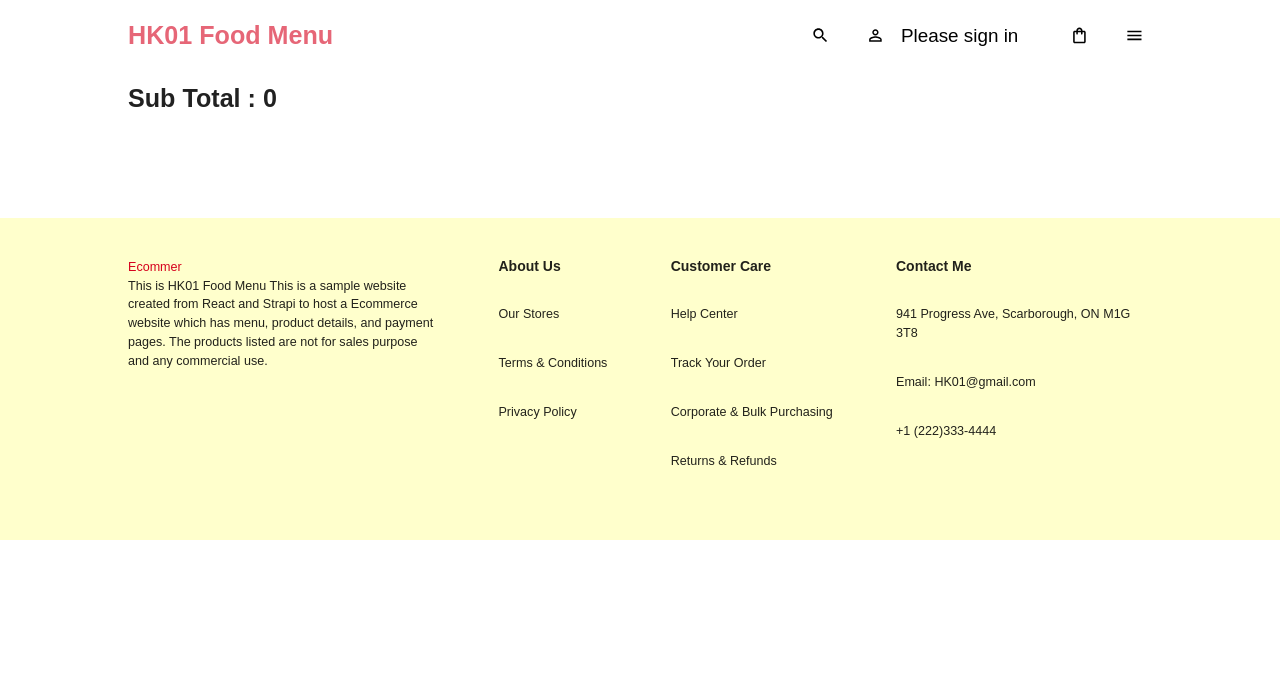
Repository: victorleung93/comp231-002-Team-1-_HK01_FoodMenu
Page: /order (app in client/)
An editor plug-in stored every save of this project. The page is shown before and after the next save, followed by the edit.
The browser window is 1280 px wide. The pictures show the whole page.
Some web fonts or font styles are not loaded; a fallback is used. The project was rebuilt for these pictures with package versions that can differ from the ones it lists, and the page was loaded fresh each time. Also part of the build but not shown: client/src/scenes/home/MainCarousel.jsx, client/src/components/itemList.jsx, client/src/scenes/home/ShoppingList.jsx, client/src/scenes/home/Subscribe.jsx, client/src/scenes/home/Home.jsx, client/src/scenes/about/About.jsx, client/src/scenes/menu/Menu.jsx, client/src/scenes/itemdetail/ItemDetails.jsx and 2 more.

Above is the page before, as saved 2023-04-08 01:48:52.

### client/public/index.html
<!DOCTYPE html>
<html lang="en">
  <head>
    <meta charset="utf-8" />
    <link rel="icon" href="%PUBLIC_URL%/favicon.ico" />
    <meta name="viewport" content="width=device-width, initial-scale=1" />
    <meta name="theme-color" content="#000000" />
    <meta
      name="description"
      content="Web site created using create-react-app"
    />
    <link rel="apple-touch-icon" href="%PUBLIC_URL%/logo192.png" />
    <!--
      manifest.json provides metadata used when your web app is installed on a
      user's mobile device or desktop. See https://developers.google.com/web/fundamentals/web-app-manifest/
    -->
    <link rel="manifest" href="%PUBLIC_URL%/manifest.json" />
    <!--
      Notice the use of %PUBLIC_URL% in the tags above.
      It will be replaced with the URL of the `public` folder during the build.
      Only files inside the `public` folder can be referenced from the HTML.

      Unlike "/favicon.ico" or "favicon.ico", "%PUBLIC_URL%/favicon.ico" will
      work correctly both with client-side routing and a non-root public URL.
      Learn how to configure a non-root public URL by running `npm run build`.
    -->
    <title>HK01</title>
  </head>
  <body>
    <noscript>You need to enable JavaScript to run this app.</noscript>
    <div id="root"></div>
    <!--
      This HTML file is a template.
      If you open it directly in the browser, you will see an empty page.

      You can add webfonts, meta tags, or analytics to this file.
      The build step will place the bundled scripts into the <body> tag.

      To begin the development, run `npm start` or `yarn start`.
      To create a production bundle, use `npm run build` or `yarn build`.
    -->
  </body>
</html>

### client/src/index.css
@import url('https://fonts.googleapis.com/css2?family=Fauna+One&display=swap');

*{
  box-sizing: border-box;
}

body {
  margin: 0;
  padding:0;
}

.App{
  margin: auto;
}
img{
  object-fit: cover  ;
  border-radius: 10px;
  position:static;
}

### client/src/scenes/global/Navbar.jsx

import { useDispatch, useSelector } from 'react-redux';
import { Badge, Box, IconButton} from '@mui/material';
import { PersonOutline, ShoppingBagOutlined, MenuOutlined, SearchOutlined } from '@mui/icons-material';
import { useNavigate,Link } from 'react-router-dom';
import { shades } from "../../theme";
import { setIsCartOpen } from '../../state';

/* Trial 1   */
import React, { useState } from 'react';
import * as FaIcons from 'react-icons/fa';
import * as AiIcons from 'react-icons/ai';

import { SidebarData } from './SidebarData';
import './Navbar.css';
import { IconContext } from 'react-icons';




const Navbar = () =>{
    const [sidebar, setSidebar] = useState(false);
    const [loggedIn, setLoggedIn] = useState(false);
    const showSidebar = () => setSidebar(!sidebar);

    const Navigate = useNavigate();
    const dispatch = useDispatch();
    const cart = useSelector((state) => state.cart.cart)


    function handleLogin() {
        setLoggedIn(true);
      }

      function handleLogout() {
        setLoggedIn(false);
      }

    return (

        <div className='Navbar'>
    <Box display="flex" alignItems="center" width="100%" height="70px" backgroundColor="rgba(255,255,255,0.9)" color="black" position="fixed" top="0" left="0" zIndex="1" margin="0 0 10px 0" >
        <Box width="80%" margin="auto" display="flex" justifyContent="space-between" alignItems="center">
            <Box
            onClick={() => Navigate("/")}
            sx={{'&:hover':{ cursor:"pointer"}}}
            color={shades.secondary[300]}>
                <h1>HK01 Food Menu</h1>
            </Box>
            <Box display="flex" justifyContent="space-between" columnGap="20px"zIndex={2}>
                <IconButton sx={{ color: "black", '&:hover':{ backgroundColor:"orange"}}} >
                    <SearchOutlined/>
                </IconButton>
                        <IconButton sx={{ color: "black", '&:hover': { backgroundColor: "orange" } }} onClick ={()=> Navigate(`/itemform/`) }>
                            <PersonOutline /> {loggedIn ? (
                                <span>Welcome, customer!</span>
                            ) : (
                                <span>Please sign in</span>
                            )}
                        </IconButton>
                <Badge badgeContent = {cart.length} color="secondary" invisible={cart.length ===0 } sx={{ "& .MuiBadge-badeg":{
                    right:5, top:5, padding: "0 4px", height:"14px", minWidth:"13px"
                }}}>
                    <IconButton sx={{ color: "black" , '&:hover':{ backgroundColor:"orange"}}} onClick ={()=> dispatch(setIsCartOpen({}))}>
                        <ShoppingBagOutlined/>
                    </IconButton>
                </Badge>
                <IconButton sx={{ color: "black", '&:hover':{ backgroundColor:"orange"}}} onClick={showSidebar}>
                    <MenuOutlined />
                    <nav className={sidebar ? 'nav-menu active' : 'nav-menu'}>
                        <ul className='nav-menu-items' onClick={showSidebar}>
                            <li className='navbar-toggle'>
                            <Link to='#' className='menu-bars'>
                                <AiIcons.AiOutlineClose />
                            </Link>
                            </li>
                            {SidebarData.map((item, index) => {
                            return (
                                <li key={index} className={item.cName}>
                                <Link to={item.path}>
                                    {item.icon}
                                    <span>{item.title}</span>
                                </Link>
                                </li>
                            );
                            })}
                        </ul>
                    </nav>
                </IconButton>

            </Box>
        </Box>
    </Box>
    </div>
    )
}

export default Navbar;

### client/src/scenes/order/order.jsx

import { useSelector } from "react-redux";
import { Box, Button, Stepper, Step, StepLabel } from "@mui/material";
import { Formik } from "formik";
import { useState } from "react";
import * as yup from "yup";
import { shades } from "../../theme";




const Order = () => {
  const [activeStep, setActiveStep] = useState(0);
  const cart = useSelector((state) => state.cart.cart);
  const isFirstStep = activeStep === 0;
  const isSecondStep = activeStep === 1;
  var [price, setPrice] = useState(0);
  var [taxPrice, setTaxPrice] = useState(0);
  var [totalPrice, settTotalPrice] = useState(0);
//   const handleFormSubmit = async (values, actions) => {
//     setActiveStep(activeStep + 1);

//     // this copies the billing address onto shipping address
//     if (isFirstStep && values.shippingAddress.isSameAddress) {
//       actions.setFieldValue("shippingAddress", {
//         ...values.billingAddress,
//         isSameAddress: true,
//       });
//     }

//     if (isSecondStep) {
//       makePayment(values);
//     }

//     actions.setTouched({});
//   };

//   async function makePayment(values) {
//     //const stripe = await stripePromise;
//     const requestBody = {
//       userName: [values.firstName, values.lastName].join(" "),
//       email: values.email,
//       products: cart.map(({ id, count }) => ({
//         id,
//         count,
//       })),
//     };

//     const response = await fetch("http://localhost:3000/api/orders", {
//       method: "POST",
//       headers: { "Content-Type": "application/json" },
//       body: JSON.stringify(requestBody),
//     });
//     const session = await response.json();
//     //await stripe.redirectToCheckout({sessionId: session.id,});
//   }

const  add =(a)=>{
  price=price+a;
  taxPrice=price*0.13;
  totalPrice=price+taxPrice;
  console.log(price);
}

const [display, setDisplay] = useState(null);

console.log(cart);
  return (
    <div className="App"  style={{width:"80%", margin:"80px auto"}}>

   {cart.map((el) => {
         add(el.price*el.count)
          return (
            <tr key={el._id}>
                   <td><img src={el.image} alt="" /></td>
                 <td>{el.name}</td>
            <td>{el.count}</td>
            <td>{el.price} CAD</td>
            <td>{el.count*el.price}</td>


            </tr>
          );


        })}
        <h1>Sub Total : {price}</h1>
    </div>
    // <Box width="80%" m="100px auto">  <h1>Hi</h1></Box>

    )


//     <Box width="80%" m="100px auto">
//       <Stepper activeStep={activeStep} sx={{ m: "20px 0" }}>
//         <Step>
//           <StepLabel>Billing</StepLabel>
//         </Step>
//         <Step>
//           <StepLabel>Payment</StepLabel>
//         </Step>
//       </Stepper>
//       <Box>
//         <Formik
//           onSubmit={handleFormSubmit}
//           initialValues={initialValues}
//           validationSchema={checkoutSchema[activeStep]}
//         >
//           {({
//             values,
//             errors,
//             touched,
//             handleBlur,
//             handleChange,
//             handleSubmit,
//             setFieldValue,
//           }) => (
//             <form onSubmit={handleSubmit}>
//               {isFirstStep && (
//                 /*<Shipping
//                   values={values}
//                   errors={errors}
//                   touched={touched}
//                   handleBlur={handleBlur}
//                   handleChange={handleChange}
//                   setFieldValue={setFieldValue}
//                 />*/
//                 <>d</>
//               )}
//               {isSecondStep && (
//                 <>i</>
//                 /*<Payment
//                   values={values}
//                   errors={errors}
//                   touched={touched}
//                   handleBlur={handleBlur}
//                   handleChange={handleChange}
//                   setFieldValue={setFieldValue}
//                 />*/
//               )}
//               <Box display="flex" justifyContent="space-between" gap="50px">
//                 {!isFirstStep && (
//                   <Button
//                     fullWidth
//                     color="primary"
//                     variant="contained"
//                     sx={{
//                       backgroundColor: shades.primary[200],
//                       boxShadow: "none",
//                       color: "white",
//                       borderRadius: 0,
//                       padding: "15px 40px",
//                     }}
//                     onClick={() => setActiveStep(activeStep - 1)}
//                   >
//                     Back
//                   </Button>
//                 )}
//                 <Button
//                   fullWidth
//                   type="submit"
//                   color="primary"
//                   variant="contained"
//                   sx={{
//                     backgroundColor: shades.primary[400],
//                     boxShadow: "none",
//                     color: "white",
//                     borderRadius: 0,
//                     padding: "15px 40px",
//                   }}
//                 >
//                   {!isSecondStep ? "Next" : "Place Order"}
//                 </Button>
//               </Box>
//             </form>
//           )}
//         </Formik>
//       </Box>
//     </Box>
//   );
// };

// const initialValues = {
//   billingAddress: {
//     firstName: "",
//     lastName: "",
//     country: "",
//     street1: "",
//     street2: "",
//     city: "",
//     state: "",
//     zipCode: "",
//   },
//   shippingAddress: {
//     isSameAddress: true,
//     firstName: "",
//     lastName: "",
//     country: "",
//     street1: "",
//     street2: "",
//     city: "",
//     state: "",
//     zipCode: "",
//   },
//   email: "",
//   phoneNumber: "",
};

// const checkoutSchema = [
//   yup.object().shape({
//     billingAddress: yup.object().shape({
//       firstName: yup.string().required("required"),
//       lastName: yup.string().required("required"),
//       country: yup.string().required("required"),
//       street1: yup.string().required("required"),
//       street2: yup.string(),
//       city: yup.string().required("required"),
//       state: yup.string().required("required"),
//       zipCode: yup.string().required("required"),
//     }),
//     shippingAddress: yup.object().shape({
//       isSameAddress: yup.boolean(),
//       firstName: yup.string().when("isSameAddress", {
//         is: false,
//         then: yup.string().required("required"),
//       }),
//       lastName: yup.string().when("isSameAddress", {
//         is: false,
//         then: yup.string().required("required"),
//       }),
//       country: yup.string().when("isSameAddress", {
//         is: false,
//         then: yup.string().required("required"),
//       }),
//       street1: yup.string().when("isSameAddress", {
//         is: false,
//         then: yup.string().required("required"),
//       }),
//       street2: yup.string(),
//       city: yup.string().when("isSameAddress", {
//         is: false,
//         then: yup.string().required("required"),
//       }),
//       state: yup.string().when("isSameAddress", {
//         is: false,
//         then: yup.string().required("required"),
//       }),
//       zipCode: yup.string().when("isSameAddress", {
//         is: false,
//         then: yup.string().required("required"),
//       }),
//     }),
//   }),
//   yup.object().shape({
//     email: yup.string().required("required"),
//     phoneNumber: yup.string().required("required"),
//   }),
// ];


export default Order;

### client/src/scenes/global/CartMenu.jsx

import { Box, Button, Divider, IconButton, Typography} from "@mui/material";
import { useSelector, useDispatch } from 'react-redux';
import  CloseIcon  from '@mui/icons-material/Close';
import  RemoveIcon  from '@mui/icons-material/Remove';
import  AddIcon  from '@mui/icons-material/Add';
import styled from '@emotion/styled';
import { shades } from "../../theme";
import { decreaseCount, increaseCount, removeFromCart, setIsCartOpen } from "../../state";
import { useNavigate } from "react-router-dom";
import axios from "axios";
const urlForServer = "http://localhost:3200/";

const FlexBox = styled(Box)`
display:fles;
jsutify-content: space-between;
align-items:center
`

const CartMenu = ()=>{
    const navigate = useNavigate();
    const dispatch = useDispatch();
    const cart = useSelector((state)=> state.cart.cart);
    const isCartOpen = useSelector((state)=> state.cart.isCartOpen);


    const totalPrice = cart.reduce((total, item)=>{
        return total + item.count * item.price;
    }, 0 ).toFixed(2);

    return(
        <Box  //overlay
            display={isCartOpen ? "block": 'none'}
            backgroundColor="rgba(0,0,0,0.4)"
            position="fixed"
            zIndex={10}
            width="100%"
            height="100%"
            left="0"
            top="0"
            overflow="auto"
        >

        <Box
            position={"fixed"}
            right = "0"
            top = "0"
            backgroundColor= "white"
            width = "max(400px, 30%)"
            height = "75%"
        >
                <Box padding="30px" overflow="auto" height="100%">
                    {/*Header*/}
                    <FlexBox mb="15px">
                        <Typography variant="h3">Shopping Cart ({cart.length})</Typography>
                        <IconButton  onClick ={()=> dispatch(setIsCartOpen({}))}>
                            <CloseIcon sx={{fontSize:"2rem"}}/>
                        </IconButton>
                    </FlexBox>
                    {/*Cart List*/}
                    <Box>
                        {cart.map((item) => (

                            <Box key={`${item.name}-${item._id}`}>
                                <FlexBox p="15px 0">
                                    <Box flex = "1 1 40%">
                                        <img  width="100px" height="100px" src={item?.image} alt={item?.name} />
                                    </Box>
                                    <Box flex = "1 1 60%">
                                        <FlexBox mb="5px">
                                            <Typography fontWeight="bold">
                                                {item.name}
                                            </Typography>
                                            <IconButton onClick={()=> dispatch(removeFromCart({_id:item._id}))}>
                                                <CloseIcon/>
                                            </IconButton>
                                        </FlexBox>

                                        <Typography>
                                            {item.shortDescription}
                                        </Typography>
                                        {/*Amount*/}
                                        <FlexBox m="5px 0">
                                            <Box display="flex" alignItems="center" border={`1.5px solid ${shades.neutral[600]}`} m=" 0 10px">
                                                <IconButton onClick={()=> dispatch(decreaseCount({_id:item._id }))}>
                                                    <RemoveIcon/>
                                                </IconButton>
                                                <Typography>
                                                    {item.count}
                                                </Typography>
                                                <IconButton onClick={()=> dispatch(increaseCount({_id:item._id }))}>
                                                    <AddIcon/>
                                                </IconButton>
                                            </Box>
                                            {/*Price*/}
                                                <Typography marginLeft="20px" fontWeight="bold">
                                                    ${item?.price}
                                                </Typography>
                                        </FlexBox>

                                    </Box>
                                </FlexBox>
                                <Divider/>
                            </Box>
                        ))}
                    </Box>

                    {/* Actions */}
                    <Box m="20px 0">
                        <FlexBox m="20px 0">
                            <Typography fontWeight="bold"> Subtotal:</Typography>
                            <Typography fontWeight="bold" sx={{ml:"200px"}}  > ${totalPrice} </Typography>
                        </FlexBox>
                        <Button  sx={{
                            backgroundColor: shades.primary[400],
                            color: "white",
                            minWidth: "100px",
                            padding: "20px 40px",
                            m: "20px 0",
                            '&:hover':{ backgroundColor: shades.neutral[300], color:"black" }
                        }} onClick={() => {
                            navigate("/order");
                            dispatch(setIsCartOpen({}));
                        }}>Checkout</Button>
                    </Box>
                </Box>
            </Box>
        </Box>
    )
};


export default CartMenu;

### client/src/scenes/global/Footer.jsx
import { useTheme } from "@emotion/react";
import { shades } from "../../theme";
import { Box, Typography } from "@mui/material";
import './Footer.css'

const Footer = () =>{
    const {
        palette: { neutral },
      } = useTheme();

    return(
        <div className="footer">
        <Box  margin="100px 0 0 0 " padding="40px 0" backgroundColor= { neutral.light } >
            <Box width="80%" margin="auto" display="flex" justifyContent="space-between" flexwrap="wrap" rowGap="30px" columnGap="clamp(20px, 30px, 40px)">

                <Box width="clamp(20%, 30%, 40%)">
                    <Typography color={shades.secondary[500]}> Ecommer</Typography>
                    <Box>
                        This is HK01 Food Menu
                        This is a sample website created from React and Strapi to host a Ecommerce website which has menu, product details, and payment pages.
                        The products listed are not for sales purpose and any commercial use.
                    </Box>
                </Box>

                <Box>
                    <Typography variant="h4" fontWeight="bold" mb="30px">
                        About Us
                    </Typography>

                    <Typography mb="30px">Our Stores</Typography>
                    <Typography mb="30px">Terms & Conditions</Typography>
                    <Typography mb="30px">Privacy Policy</Typography>
                </Box>

                <Box>
                    <Typography variant="h4" fontWeight="bold" mb="30px">
                        Customer Care
                    </Typography>
                    <Typography mb="30px">Help Center</Typography>
                    <Typography mb="30px">Track Your Order</Typography>
                    <Typography mb="30px">Corporate & Bulk Purchasing</Typography>
                    <Typography mb="30px">Returns & Refunds</Typography>
                </Box>

                <Box width="clamp(20%, 25%, 30%)">
                    <Typography variant="h4" fontWeight="bold" mb="30px">
                        Contact Me
                    </Typography>
                    <Typography mb="30px">
                    941 Progress Ave, Scarborough, ON M1G 3T8
                    </Typography>
                    <Typography mb="30px" sx={{ wordWrap: "break-word" }}>
                        Email: HK01@gmail.com
                    </Typography>
                    <Typography mb="30px">+1 (222)333-4444</Typography>
                </Box>

            </Box>
        </Box>
        </div>
    )
};

export default Footer;

### client/src/scenes/global/SidebarData.jsx
import React from 'react';
import * as FaIcons from 'react-icons/fa';
import * as AiIcons from 'react-icons/ai';
import * as IoIcons from 'react-icons/io';
import * as MdIcons from 'react-icons/md';

export const SidebarData = [
  {
    title: 'Home',
    path: '/',
    icon: <AiIcons.AiFillHome />,
    cName: 'nav-text'
  },
  {
    title: 'About',
    path: '/about',
    icon: <IoIcons.IoIosPaper />,
    cName: 'nav-text'
  },
  {
    title: 'Menu',
    path: '/menu',
    icon: <MdIcons.MdMenuBook />,
    cName: 'nav-text'
  },
  {
    title: 'Manage Item',
    path: '/itemform',
    icon: <MdIcons.MdMenuBook />,
    cName: 'nav-text'
  },
  {
    title: 'Order',
    path: '/order',
    icon: <IoIcons.IoMdRestaurant />,
    cName: 'nav-text'
  }
];

### client/src/scenes/global/Navbar.css
.Navbar{
  position:absolute;
  top: 0%;
  left: 0%;
  right: 0%;
}

.navbar {
    background-color: #060b26;
    height: 80px;
    display: flex;
    justify-content: start;
    align-items: center;
  }

  .menu-bars {
    margin-left: 2rem;
    font-size: 2rem;
    background: none;
  }

  .nav-menu {
    background-color: #060b26;
    width: 250px;
    height: 100vh;
    display: flex;
    justify-content: center;
    position: fixed;
    top: 0;
    left:auto;
    right: -100%;
    transition: 850ms;
    z-index: 10;
  }

  .nav-menu.active {
    right: 0;
    transition: 350ms;
    z-index: 20;
  }

  .nav-text {
    display: flex;
    justify-content: start;
    align-items: center;
    padding: 8px 0px 8px 16px;
    list-style: none;
    height: 60px;
  }

  .nav-text a {
    text-decoration: none;
    color: #f5f5f5;
    font-size: 18px;
    width: 95%;
    height: 100%;
    display: flex;
    align-items: center;
    padding: 0 16px;
    border-radius: 4px;
  }

  .nav-text a:hover {
    background-color: #1a83ff;
  }

  .nav-menu-items {
    width: 100%;
  }

  .navbar-toggle {
    background-color: #060b26;
    width: 100%;
    height: 80px;
    display: flex;
    justify-content: start;
    align-items: center;
  }

  span {
    margin-left: 16px;
  }

### client/src/scenes/global/Footer.css
.footer{

}

Loaded but not shown: client/src/theme.js (75 lines, source omitted); client/src/state/index.js (68 lines, source omitted); client/src/App.js (52 lines, source omitted); client/src/index.js (26 lines, source omitted)

After the next save:
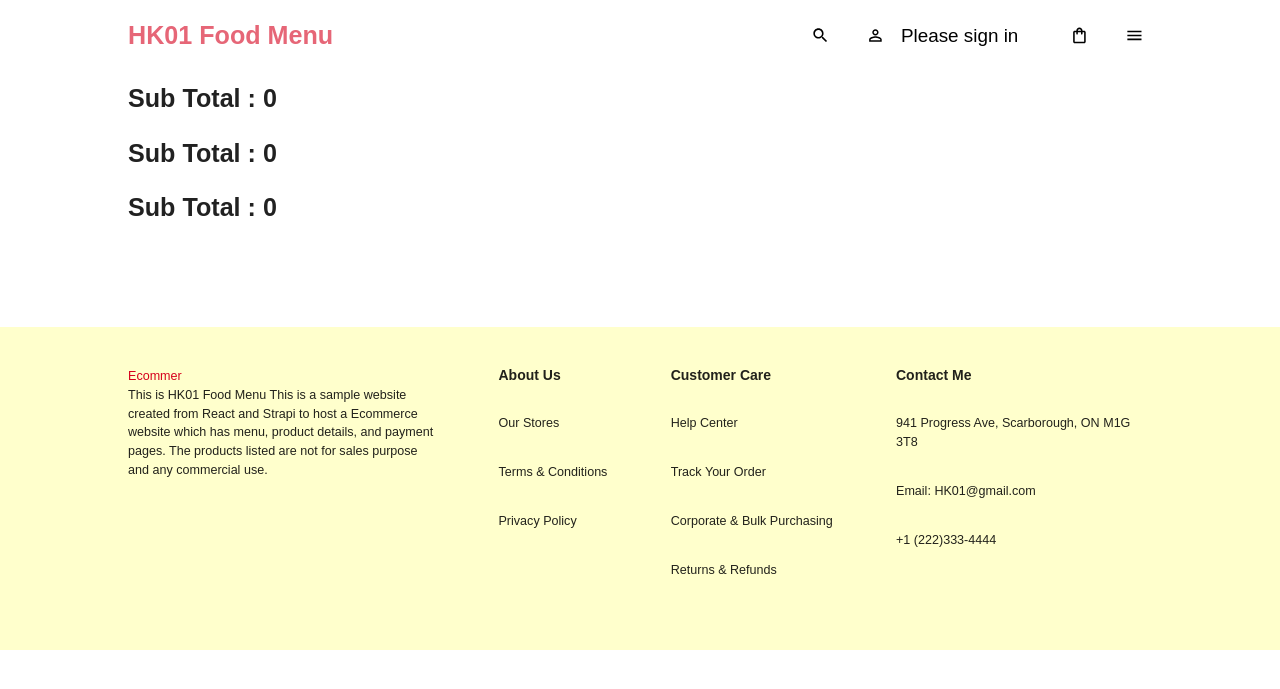
Saved 7 s later.
--- a/client/src/scenes/order/order.jsx
+++ b/client/src/scenes/order/order.jsx
@@ -84,6 +84,8 @@ console.log(cart);
 
 
         })}
+        <h1>Sub Total : {price}</h1>
+        <h1>Sub Total : {price}</h1>
         <h1>Sub Total : {price}</h1>
     </div>
     // <Box width="80%" m="100px auto">  <h1>Hi</h1></Box>
